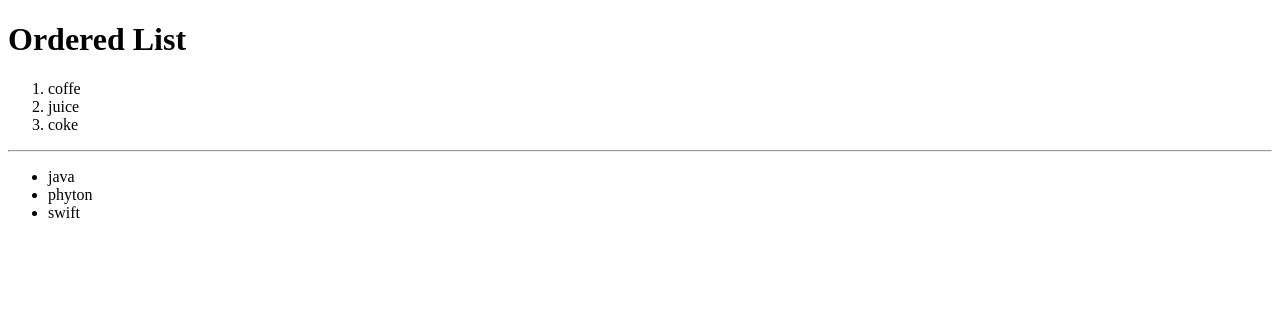
Repository: hyungju2/SSAFY_JavaPractice
Page: 20190211_HTML/web_java/HTMLProject/WebContent/html/listtest.html
An editor plug-in stored every save of this project. The page is shown before and after the next save, followed by the edit.
The browser window is 1280 px wide. The pictures show the whole page.

Above is the page before, as saved 2019-02-11 04:29:45.

After the next save:
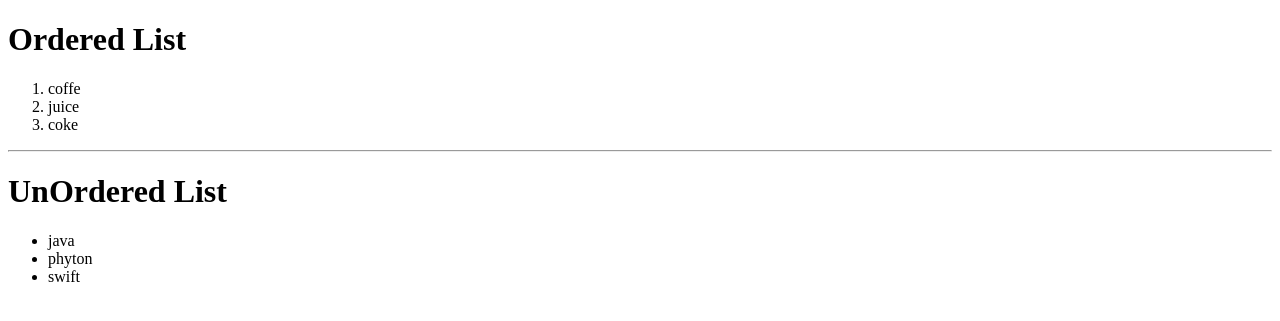
Saved 14 s later.
--- a/20190211_HTML/web_java/HTMLProject/WebContent/html/listtest.html
+++ b/20190211_HTML/web_java/HTMLProject/WebContent/html/listtest.html
@@ -13,6 +13,7 @@
 		<li>coke</li>
 	</ol>
 	<hr>
+		<h1> UnOrdered List </h1>
 	<ul>
 		<li>java</li>
 		<li>phyton</li>
